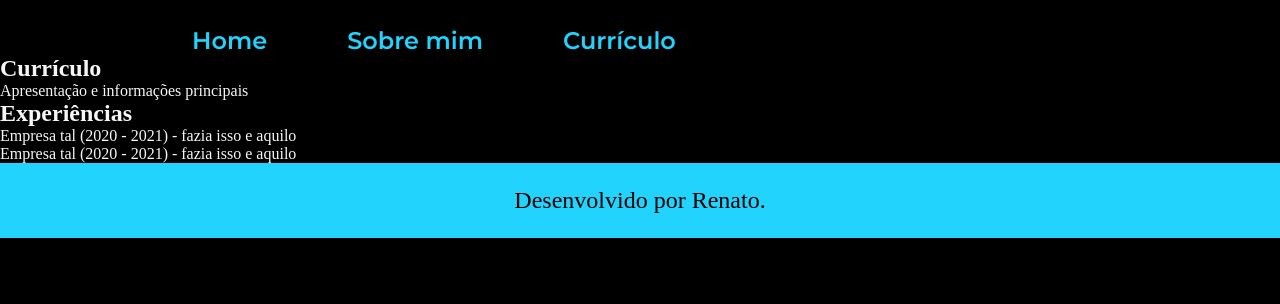
Repository: RenatoCCS/Portfolio_Alura
Page: curriculo.html
An editor plug-in stored every save of this project. The page is shown before and after the next save, followed by the edit.
The browser window is 1280 px wide. The pictures show the whole page.

Above is the page before, as saved 2023-03-06 15:05:45.

### curriculo.html
<!DOCTYPE html>
<html lang="pt-br">
  <head>
    <meta charset="UTF-8" />
    <meta http-equiv="X-UA-Compatible" content="IE=edge" />
    <meta name="viewport" content="width=device-width, initial-scale=1.0" />
    <title>Currículo</title>
    <link rel="stylesheet" href="./styles/style.css" />
  </head>

  <body>
    <header class="cabecalho">
      <nav class="cabecalho__menu">
        <a class="cabecalho__menu__link" href="index.html">Home</a>
        <a class="cabecalho__menu__link" href="about.html">Sobre mim</a>
        <a class="cabecalho__menu__link" href="curriculo.html">Currículo</a>
      </nav>
    </header>

    <main>
      <section>
        <h1>Currículo</h1>
        <p>Apresentação e informações principais</p>

        <h2>Experiências</h2>
        <p>
          <ul>
            <li>Empresa tal (2020 - 2021) - fazia isso e aquilo</li>
            <li>Empresa tal (2020 - 2021) - fazia isso e aquilo</li>
          </ul>
        </p>

        <h2></h2>
      </section>
    </main>

    <footer class="rodape"><p>Desenvolvido por Renato.</p></footer>
  </body>
</html>

### styles/style.css
@import url('https://fonts.googleapis.com/css2?family=Krona+One&family=Montserrat:wght@400;600&display=swap');

* {
  margin: 0;
  padding: 0;
}

body {
  /* height: 100vh; */
  box-sizing: border-box;
  background-color: #000000;
  color: #f6f6f6;
}

.cabecalho {
  padding: 2% 0% 0% 15%;
}

.cabecalho__menu {
  display: flex;
  gap: 80px;
}

.cabecalho__menu__link {
  font-family: 'Montserrat', sans-serif;
  font-size: 24px;
  font-weight: 600;
  color: #22d4fd;
  text-decoration: none;
}

.apresentacao {
  padding: 5% 15%;
  display: flex;
  align-items: center;
  justify-content: space-between;
}

.apresentacao__conteudo {
  width: 615px;
  display: flex;
  flex-direction: column;
  gap: 40px;
}

.apresentacao__conteudo__titulo {
  font-size: 36px;
  font-family: 'Krona One', sans-serif;
}

.titulo-destaque {
  color: #22d4fd;
}

.apresentacao__conteudo__texto {
  font-size: 24px;
  font-family: 'Montserrat', sans-serif;
}

.apresentacao__links {
  display: flex;
  flex-direction: column;
  justify-content: space-between;
  align-items: center;
  gap: 32px;
}

.apresentacao__links__subtitulo {
  font-family: 'Krona One', sans-serif;
  font-weight: 400;
  font-size: 24px;
}

.apresentacao__links__link {
  /* background-color: #22d4fd; foi trocado o estilo*/
  display: flex;
  justify-content: center;
  gap: 16px;
  border: 2px solid #22d4fd;
  width: 378px;
  text-align: center;
  border-radius: 8px;
  font-size: 24px;
  font-weight: 600;
  padding: 21.5px 0;
  text-decoration: none;
  color: #f6f6f6;
  font-family: 'Montserrat', sans-serif;
}

.apresentacao__links__link:hover {
  background-color: #272727;
}

/*Utilizei minha foto e fui adaptando de acordo com o tamanho da outra foto*/
.apresentacao__foto {
  height: 550px;
  width: 490px;
  left: 1032px;
  top: 253px;
  border-radius: 16px;
}

.rodape {
  padding: 24px;
  color: #000000;
  background-color: #22d4fd;
  text-align: center;
  font-family: 'Montserrat' sans-serif;
  font-size: 24px;
  font-weight: 400;
}

After the next save:
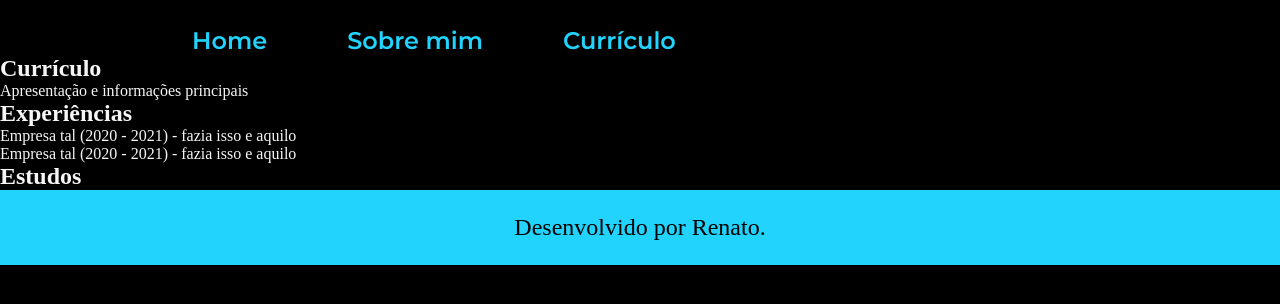
Saved 9 s later.
--- a/curriculo.html
+++ b/curriculo.html
@@ -30,7 +30,8 @@
           </ul>
         </p>
 
-        <h2></h2>
+        <h2>Estudos</h2>
+
       </section>
     </main>
 
